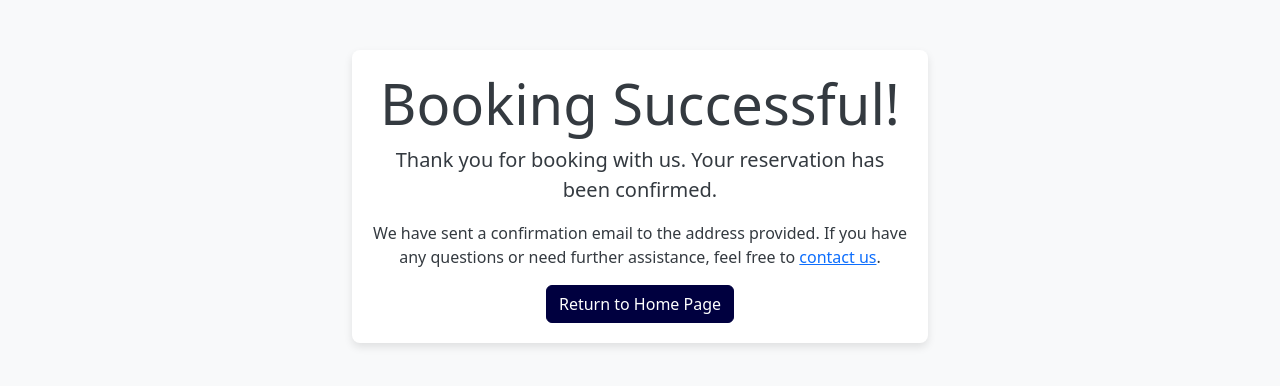
Repository: nyeinsu4520/tourland
Page: http://localhost/bookingConfirmation
These files come from the project's save history. The page is drawn as it stood at one moment and after the next save; the edit follows.
The browser window is 1280 px wide. The pictures show the whole page.
The page is this project's Thymeleaf template; nobody is signed in. The template is opened directly, without the code that normally fills it, so the values that code supplies are empty.

Above is the page before, as saved 2024-07-22 16:32:06.

After the next save:
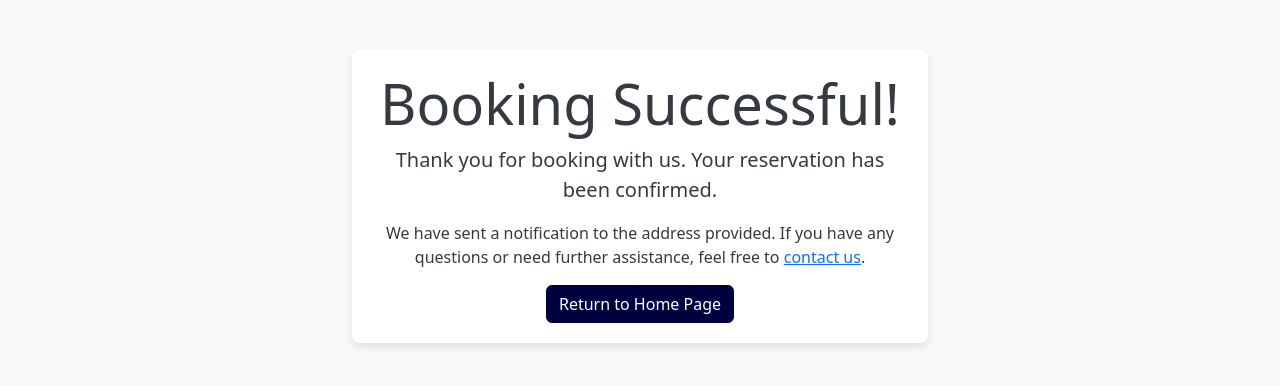
Saved 6 min 46 s later.
--- a/Tourland/src/main/resources/templates/bookingConfirmation.html
+++ b/Tourland/src/main/resources/templates/bookingConfirmation.html
@@ -36,7 +36,7 @@
         <div class="confirmation-card">
             <h1 class="display-4">Booking Successful!</h1>
             <p class="lead">Thank you for booking with us. Your reservation has been confirmed.</p>
-            <p>We have sent a confirmation email to the address provided. If you have any questions or need further assistance, feel free to <a href="mailto:support@example.com">contact us</a>.</p>
+            <p>We have sent a notification to the address provided. If you have any questions or need further assistance, feel free to <a href="mailto:support@example.com">contact us</a>.</p>
             <a href="/" class="btn btn-primary">Return to Home Page</a>
         </div>
     </div>
